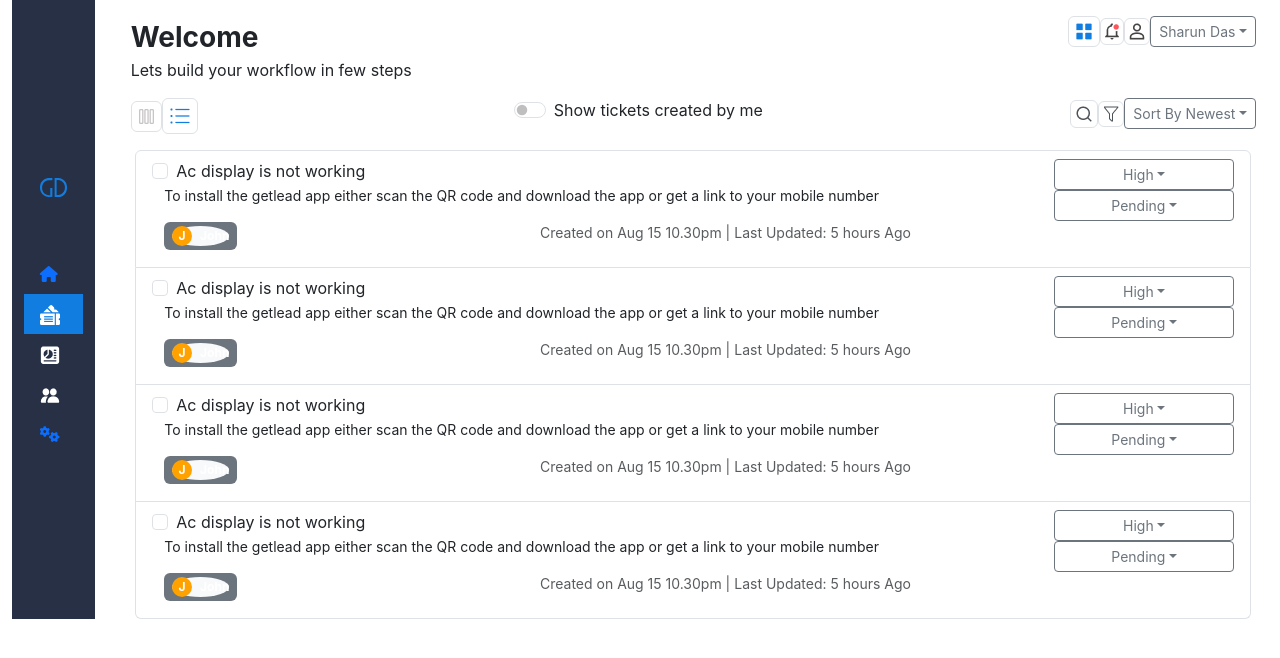
Repository: rishikarajeev/GL_HelpDesk
Page: /showtickets
An editor plug-in stored every save of this project. The page is shown before and after the next save, followed by the edit.
The browser window is 1280 px wide. The pictures show the whole page.
The project was rebuilt for these pictures with package versions that can differ from the ones it lists, and the page was loaded fresh each time. Also part of the build but not shown: src/App.css, src/Pages/HomePage.jsx.

Above is the page before, as saved 2024-01-09 14:28:01.

After the next save:
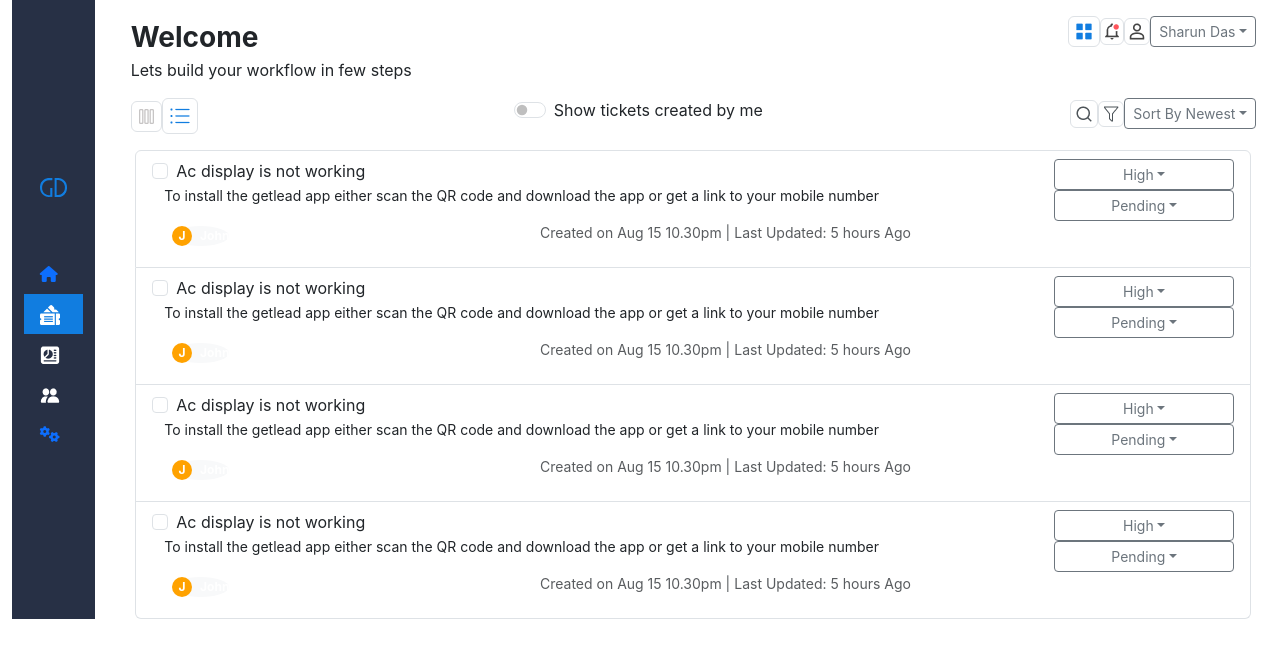
Saved 5 s later.
--- a/src/Components/UserBadge.jsx
+++ b/src/Components/UserBadge.jsx
@@ -13,7 +13,7 @@ const UserBadge = ({ name }) => {
 
   return (
     <div>
-      <Badge bg="secondary">
+      <Badge bg="tertiary ">
       <div className="rounded-circle bg-body-tertiary text-white d-flex align-items-center justify-content-center">
 
         <div className="circle-icon"> <span >{initials} </span> </div>
